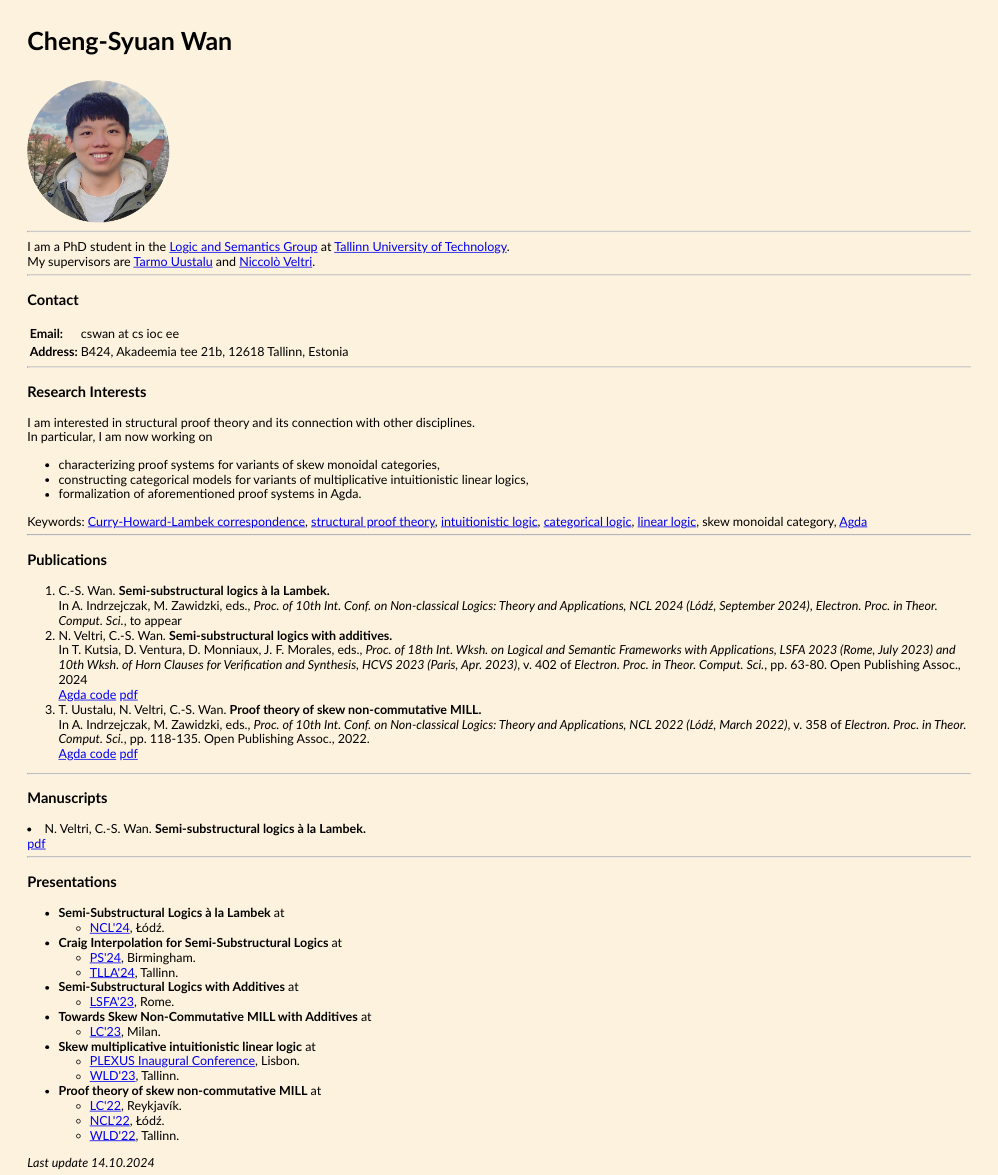
Repository: cswphilo/cswphilo.github.io
Page: index.html
The author's editor kept a copy of each file at every save. The page is drawn from the files as they stood at one save, then again after the next save.
The browser window is 1280 px wide. The pictures show the whole page, at 78% of full size.

Above is the page before, as saved 2024-10-14 08:55:16.

After the next save:
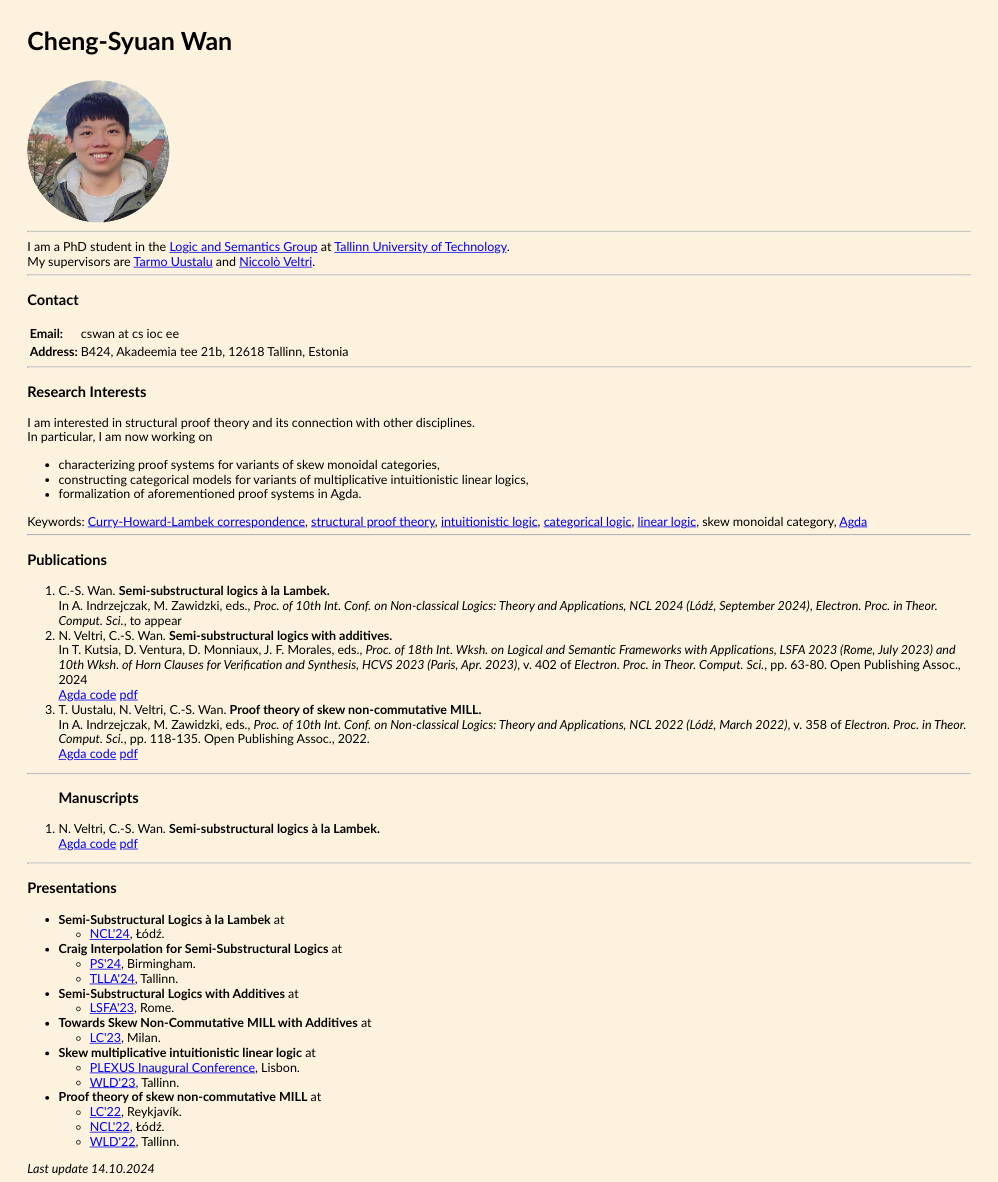
Saved 3 min 45 s later.
--- a/index.html
+++ b/index.html
@@ -82,11 +82,14 @@
     </div>
     <hr/>
     <div>
+    <ol>
          <h3>Manuscripts</h3>
          <li>N. Veltri, C.-S. Wan. <b>Semi-substructural logics à la Lambek.</b>
          <br />
+         <a href="https://github.com/niccoloveltri/code-skewmonclosed/tree/interpolation">Agda code</a>
          <a href="https://cswphilo.github.io/papers/skInterpolation.pdf" target="_blank">pdf</a>
          </li>
+    </ol>
     </div>
     <hr/>
     <div>
